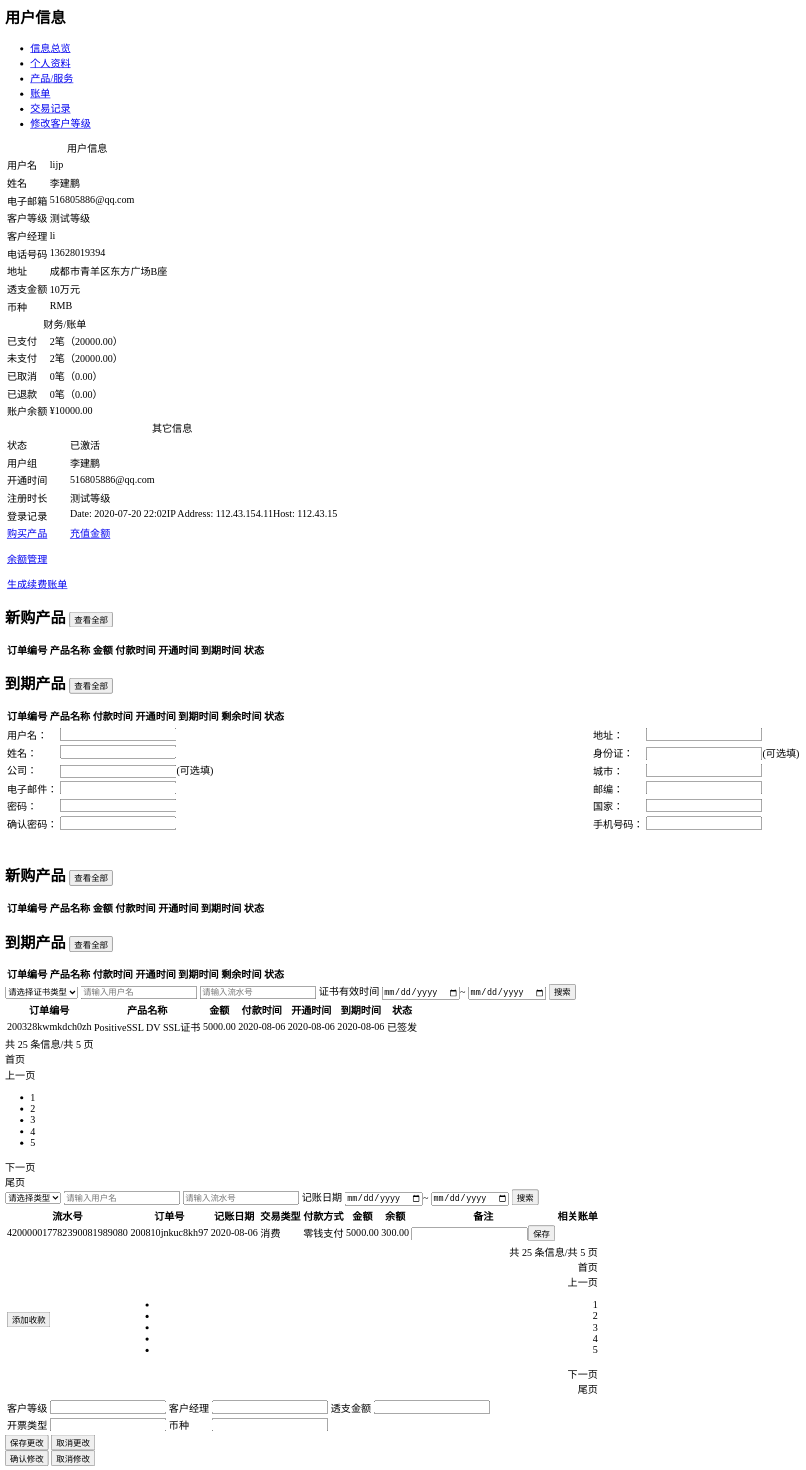
Repository: wangyan466393/racentSystem
Page: customerData.html
These files come from the project's save history. The page is drawn as it stood at one moment and after the next save; the edit follows.
The browser window is 1280 px wide. The pictures show the whole page, at 63% of full size.

Above is the page before, as saved 2020-08-13 18:30:01.

### customerData.html
<div id="content_box" class="customer_info">
    <h2>用户信息</h2>
    <ul id="tab">
        <li class="active"><a href="#">信息总览</a></li>
        <li><a href="#">个人资料</a></li>
        <li><a href="#">产品/服务</a></li>
        <li><a href="#">账单</a></li>
        <li><a href="#">交易记录</a></li>
        <li><a href="#">修改客户等级</a></li>
    </ul>
    <div id="content">
        <!-- 信息总览 -->
        <div id="order_all" class="order_content">
            <div class="user_info clearfloat">
                <div>
                    <table class="cus_info">
                        <caption>用户信息</caption>
                        <tbody>
                            <tr>
                                <td>用户名</td>
                                <td>lijp</td>
                            </tr>
                            <tr>
                                <td>姓名</td>
                                <td>李建鹏</td>
                            </tr>
                            <tr>
                                <td>电子邮箱</td>
                                <td>516805886@qq.com</td>
                            </tr>
                            <tr>
                                <td>客户等级</td>
                                <td>测试等级</td>
                            </tr>
                            <tr>
                                <td>客户经理</td>
                                <td>li</td>
                            </tr>
                            <tr>
                                <td>电话号码</td>
                                <td>13628019394</td>
                            </tr>
                            <tr>
                                <td>地址</td>
                                <td>成都市青羊区东方广场B座</td>
                            </tr>
                            <tr>
                                <td>透支金额</td>
                                <td>10万元</td>
                            </tr>
                            <tr>
                                <td>币种</td>
                                <td>RMB</td>
                            </tr>
                        </tbody>
                    </table>
                </div>
                <div>
                    <table class="bill_info">
                        <caption>财务/账单</caption>
                        <tbody>
                            <tr>
                                <td>已支付</td>
                                <td>2笔（20000.00）</td>
                            </tr>
                            <tr>
                                <td>未支付</td>
                                <td>2笔（20000.00）</td>
                            </tr>
                            <tr>
                                <td>已取消</td>
                                <td>0笔（0.00）</td>
                            </tr>
                            <tr>
                                <td>已退款</td>
                                <td>0笔（0.00）</td>
                            </tr>
                            <tr>
                                <td>账户余额</td>
                                <td>¥10000.00</td>
                            </tr>
                        </tbody>
                    </table>
                </div>
                <div>
                    <table class="other_info">
                        <caption>其它信息</caption>
                        <tbody>
                            <tr>
                                <td>状态</td>
                                <td>已激活</td>
                            </tr>
                            <tr>
                                <td>用户组</td>
                                <td>李建鹏</td>
                            </tr>
                            <tr>
                                <td>开通时间</td>
                                <td>516805886@qq.com</td>
                            </tr>
                            <tr>
                                <td>注册时长</td>
                                <td>测试等级</td>
                            </tr>
                            <tr>
                                <td rowspan="2" >登录记录</td>
                                <td rowspan="2" valign="top">
                                    <span> Date: 2020-07-20 22:02IP Address: 112.43.154.11Host: 112.43.15</span>
                                </td>
                            </tr>
                            <tr></tr>
                            <tr>
                                <td rowspan="3" valign="top">
                                    <p class="shopp">
                                        <a href="#">购买产品</a>
                                    </p>
                                    <p class="remaining">
                                        <a href="#">余额管理</a>
                                    </p>
                                    <p class="renew">
                                        <a href="#">生成续费账单</a>
                                    </p>
                                </td>
                                <td rowspan="3" valign="top">
                                    <p class="pay">
                                        <a href="#">充值金额</a>
                                    </p>
                                </td>
                            </tr>
                        </tbody>
                    </table>
                </div>
            </div>
            <div class="product_serve new_product">
                <h2>新购产品
                    <button type="button">查看全部</button>
                </h2>
                <div class="product_box">
                    <table id="newproduct_dataLists">
                        <thead>
                            <tr>
                                <th>订单编号</th>
                                <th>产品名称</th>
                                <th>金额</th>
                                <th>付款时间</th>
                                <th>开通时间</th>
                                <th>到期时间</th>
                                <th>状态</th>
                            </tr>
                        </thead>
                        <tbody>

                        </tbody>
                    </table>
                </div>
            </div>
            <div class="product_serve due_product">
                <h2>到期产品
                    <button type="button">查看全部</button>
                </h2>
                <div class="product_box">
                    <table id="dueproduct_dataLists">
                        <thead>
                            <tr>
                                <th>订单编号</th>
                                <th>产品名称</th>
                                <th>付款时间</th>
                                <th>开通时间</th>
                                <th>到期时间</th>
                                <th>剩余时间</th>
                                <th>状态</th>
                            </tr>
                        </thead>
                        <tbody>

                        </tbody>
                    </table>
                </div>
            </div>
        </div>
        <!-- 个人资料 -->
        <div class="order_content personal_box">
            <div style="display: flex;justify-content: space-between;padding-bottom: 30px;">
                <div class="personal_data">
                    <table>
                        <tr>
                            <td>用户名：</td>
                            <td><input type="text"></td>
                        </tr>
                        <tr>
                            <td>姓名：</td>
                            <td><input type="text"></td>
                        </tr>
                        <tr>
                            <td>公司：</td>
                            <td><input type="text">(可选填)</td>
                        </tr>
                        <tr>
                            <td>电子邮件：</td>
                            <td><input type="text"></td>
                        </tr>
                        <tr>
                            <td>密码：</td>
                            <td><input type="text"></td>
                        </tr>
                        <tr>
                            <td>确认密码：</td>
                            <td><input type="text"></td>
                        </tr>
                    </table>
                </div>
                <div class="personal_data">
                    <table>
                        <tr>
                            <td>地址：</td>
                            <td><input type="text"></td>
                        </tr>
                        <tr>
                            <td>身份证：</td>
                            <td><input type="text">(可选填)</td>
                        </tr>
                        <tr>
                            <td>城市：</td>
                            <td><input type="text"></td>
                        </tr>
                        <tr>
                            <td>邮编：</td>
                            <td><input type="text"></td>
                        </tr>
                        <tr>
                            <td>国家：</td>
                            <td><input type="text"></td>
                        </tr>
                        <tr>
                            <td>手机号码：</td>
                            <td><input type="text"></td>
                        </tr>
                    </table>
                </div>
            </div>

        </div>
        <!-- 产品服务 -->
        <div class="order_content">
            <div class="product_serve new_product">
                <h2>新购产品
                    <button type="button">查看全部</button>
                </h2>
                <div class="product_box">
                    <table id="newproduct_dataLists">
                        <thead>
                            <tr>
                                <th>订单编号</th>
                                <th>产品名称</th>
                                <th>金额</th>
                                <th>付款时间</th>
                                <th>开通时间</th>
                                <th>到期时间</th>
                                <th>状态</th>
                            </tr>
                        </thead>
                        <tbody>

                        </tbody>
                    </table>
                </div>
            </div>
            <div class="product_serve due_product">
                <h2>到期产品
                    <button type="button">查看全部</button>
                </h2>
                <div class="product_box">
                    <table id="dueproduct_dataLists">
                        <thead>
                            <tr>
                                <th>订单编号</th>
                                <th>产品名称</th>
                                <th>付款时间</th>
                                <th>开通时间</th>
                                <th>到期时间</th>
                                <th>剩余时间</th>
                                <th>状态</th>
                            </tr>
                        </thead>
                        <tbody>

                        </tbody>
                    </table>
                </div>
            </div>
        </div>
        <!-- 账单 -->
        <div class="order_content bill">
            <div>
                <div class="order_search">
                    <span>
                        <select name="" id="sel_val">
                            <option value="all">请选择证书类型</option>
                        </select>
                    </span>
                    <span>
                        <input type="text" placeholder="请输入用户名" >
                    </span>
                    <span>
                        <input type="text" placeholder="请输入流水号">
                    </span>
                    <span>
                        证书有效时间
                        <input type="date" value="付款日期"">~
                        <input type="date" value="付款日期"">
                </span>
                <span>
                    <button type=" button" id="order_search">搜索</button>
                    </span>
                </div>
                <div class="table_box bill_tabledata">
                    <table id="bill_data" class="table_datastyle">
                        <thead>
                            <tr>
                                <th>订单编号</th>
                                <th>产品名称</th>
                                <th>金额</th>
                                <th>付款时间</th>
                                <th>开通时间</th>
                                <th>到期时间</th>
                                <th>状态</th>
                            </tr>
                        </thead>
                        <tbody>
                            <tr>
                                <td>200328kwmkdch0zh</td>
                                <td>PositiveSSL DV SSL证书</td>
                                <td>5000.00</td>
                                <td>2020-08-06</td>
                                <td>2020-08-06</td>
                                <td>2020-08-06</td>
                                <td>已签发</td>
                            </tr>
                        </tbody>
                        <tfoot>

                        </tfoot>
                    </table>
                </div>
                <div class="page">

                </div>
            </div>
        </div>
        <!-- 交易记录 -->
        <div class="order_content ">
            <div class="order_search">
                <span>
                    <select name="" id="sel_val">
                        <option value="all">请选择类型</option>
                    </select>
                </span>
                <span>
                    <input type="text" placeholder="请输入用户名" >
                </span>
                <span>
                    <input type="text" placeholder="请输入流水号">
                </span>
                <span>
                    记账日期
                    <input type="date" value="付款日期"">~
                    <input type="date" value="付款日期"">
            </span>
            <span>
                <button type=" button" id="order_search">搜索</button>
                </span>
            </div>
            <div class="table_box">
                <table id="record_dataLists" class="table_datastyle">
                    <thead>
                        <tr>
                            <th>流水号</th>
                            <th>订单号</th>
                            <th>记账日期</th>
                            <th>交易类型</th>
                            <th>付款方式</th>
                            <th>金额</th>
                            <th>余额</th>
                            <th>备注</th>
                            <th>相关账单</th>
                        </tr>
                    </thead>
                    <tbody>
                        <tr>
                            <td>420000017782390081989080</td>
                            <td>200810jnkuc8kh97</td>
                            <td>2020-08-06</td>
                            <td>消费</td>
                            <td>零钱支付</td>
                            <td>5000.00</td>
                            <td>300.00</td>
                            <td>
                                <input type="text"><button>保存</button>
                            </td>
                            <td></td>
                        </tr>
                    </tbody>
                    <tfoot>
                        <tr class="checkall_btn">
                            <td align="left" >
                                <button type="button">添加收款</button>
                            </td>
                            <td colspan="8" align="right">
                                <div class="page">

                                </div>
                            </td>
                        </tr>
                    </tfoot>
                </table>

            </div>
        </div>
        <!-- 修改等级 -->
        <div class="order_content">
            <div class="level_content">
                <table>
                    <!-- <tr>
                        <td>
                            客户名
                        </td>
                        <td><input type="text" ></td>
                        <td>强制修改密码</td>
                        <td>
                            <label for="" id="virtual_key">
                                <input type="text" disabled id="input" maxlength="16">
                                <a href="#" id="icon_keyboard"></a>
                                <div id="main_keyboard"></div>
                            </label>
                        </td>
                        <td>客户邮箱</td>
                        <td><input type="text" ></td>
                    </tr> -->
                    <tr>
                        <td>客户等级</td>
                        <td><input type="text" ></td>
                        <td>客户经理</td>
                        <td><input type="text" ></td>
                        <td>透支金额</td>
                        <td><input type="text" ></td>
                    </tr>
                    <tr>
                        <td>开票类型</td>
                        <td><input type="text" ></td>
                        <td>币种</td>
                        <td><input type="text" ></td>
                    </tr>
                </table>
            </div>

        </div>
    </div>
</div>
<!-- 个人资料按钮 -->
<div class="personal_box_btn">
    <button type="button" class="personal_savebtn">保存更改</button>
    <button type="button" class="personal_canelbtn">取消更改</button>
</div>
<!-- 修改等级按钮 -->
<div class="level_box">
    <button type="button" class="edit_btn">确认修改</button>
    <button type="button" class="del_btn" style="margin-right: 0;">取消修改</button>
</div>


<script src="js/jquery-1.11.3.js"></script>
<!-- 软键盘插件 -->
<script src="js/index.js"></script>
<script src="js/page.js"></script>
<script>
    //软键盘
    // const keyboard = new aKeyboard.keyboard({
    //     el: '#main_keyboard',
    //     style: {},
    //     fixedBottomCenter: true
    // })
    // keyboard.inputOn('#input', 'value')
    // keyboard.onclick('Enter', function () {
    //     // alert('oh! 这是自定义事件！它覆盖了原始的回车事件。This is a custom event! It override the original enter event.');
    //     $("#main_keyboard").css("display", "none")
    //     console.log($("#input").val())
    //     $("#input").prop("disabled", "disabled")
    // })
    // $("#icon_keyboard").click(function (e) {
    //     e.preventDefault()
    //     $("#input").removeAttr("disabled").focus();
    //     $("#main_keyboard").css("display", "block")
    // })

    // 分页
    $.pageInit({
        container: '.page', //容器：默认page
        countPage: 5, //一共有多少页
        showPageCount: 5, //显示多少个分页按钮
        nowPage: 1, //当前是第几页
        count: 25, //数据总数
        callBack: function (data) {
            //当前的页码
            console.log("当前的页码为：" + data)
        }
    });
    //获取订阅管理-所有订单
    var jsonProduct = [
        { "name": "ljp", "order_num": "20200803xcnjj63cm", "product_name": "Sectigo EV代码签名", "past_date": "2天", "renewal_cycle": "1年", "product_status": "已签发" },   //json[0]
        { "name": "ljp1", "order_num": "20200803xcnjj63cm", "product_name": "Sectigo EV代码签名", "past_date": "7天", "renewal_cycle": "1年", "product_status": "已签发" },
        { "name": "ljp2", "order_num": "20200803xcnjj63cm", "product_name": "Sectigo EV代码签名", "past_date": "1个月", "renewal_cycle": "1年", "product_status": "已签发" },
        { "name": "ljp3", "order_num": "20200803xcnjj63cm", "product_name": "Sectigo EV代码签名", "past_date": "2个月", "renewal_cycle": "1年", "product_status": "已签发" },
        { "name": "ljp4", "order_num": "20200803xcnjj63cm", "product_name": "Sectigo EV代码签名", "past_date": "3天", "renewal_cycle": "1年", "product_status": "已签发" },
    ];
    getProductServe()
    function getProductServe() {
        var tableInfo = ""
        for (var i = 0; i < jsonProduct.length; i++) {    //遍历Table的所有Row
            tableInfo += "<tr>"
                //遍历Row中的每一列
                //获取Table中单元格的内容
                + " <td>" + jsonProduct[i].order_num + "</td> "
                + "<td>" + jsonProduct[i].product_name + "</td>"
                + "<td>5000.00</td>"
                + "<td>2020-08-03</td>"
                + "<td>2020-08-03</td>"
                + "<td>2020-08-03</td>"
                + "<td>" + jsonProduct[i].product_status + "</td>";

            tableInfo += "</tr>";
        }
        $(".right_content #newproduct_dataLists tbody").html(tableInfo)
    }
    //获取到期产品
    getDueproduct()
    function getDueproduct() {
        var tableInfo = ""
        for (var i = 0; i < jsonProduct.length; i++) {    //遍历Table的所有Row
            tableInfo += "<tr>"
                //遍历Row中的每一列
                //获取Table中单元格的内容
                + " <td>" + jsonProduct[i].order_num + "</td> "
                + "<td>" + jsonProduct[i].product_name + "</td>"
                + "<td>2020-08-03 </td>"
                + "<td>2020-08-03 </td>"
                + "<td>2020-08-03</td>"
                + "<td style='color:#ec6c32'>" + jsonProduct[i].past_date + "</td>"
                + "<td>" + jsonProduct[i].product_status + "</td>";

            tableInfo += "</tr>";
        }
        $(".right_content #dueproduct_dataLists tbody").html(tableInfo)

    }
    // 获取交易记录
    getRecord()
    function getRecord() {
        var tableInfo = ""
        for (var i = 0; i < 15; i++) {    //遍历Table的所有Row
            tableInfo += "<tr>"
                //遍历Row中的每一列
                //获取Table中单元格的内容
                + " <td>420000017782390081989080</td> "
                + " <td>200810jnkuc8kh97</td> "
                + "<td>2020-08-06</td>"
                + "<td>消费 </td>"
                + "<td>零钱支付 </td>"
                + "<td>6000.00</td>"
                + "<td>300.00</td>"
                + "<td> <input type='text'><button>保存</button></td><td></td>";

            tableInfo += "</tr>";
        }
        $(".right_content #record_dataLists tbody").append(tableInfo)
    }
    //获取账单
    getBillData()
    function getBillData() {
        var tableInfo = ""
        for (var i = 0; i < 15; i++) {    //遍历Table的所有Row
            tableInfo += `
            <tr>
                                <td>200328kwmkdch0zh</td>
                                <td>PositiveSSL DV SSL证书</td>
                                <td>5000.00</td>
                                <td>2020-08-06</td>
                                <td>2020-08-06</td>
                                <td>2020-08-06</td>
                                <td>已签发</td>
                            </tr>
            `;
        }
        $(".right_content #bill_data tbody").append(tableInfo)
    }
</script>

Loaded but not shown: js/jquery-1.11.3.js (library); js/index.js (library); js/page.js (152 lines, source omitted)

After the next save:
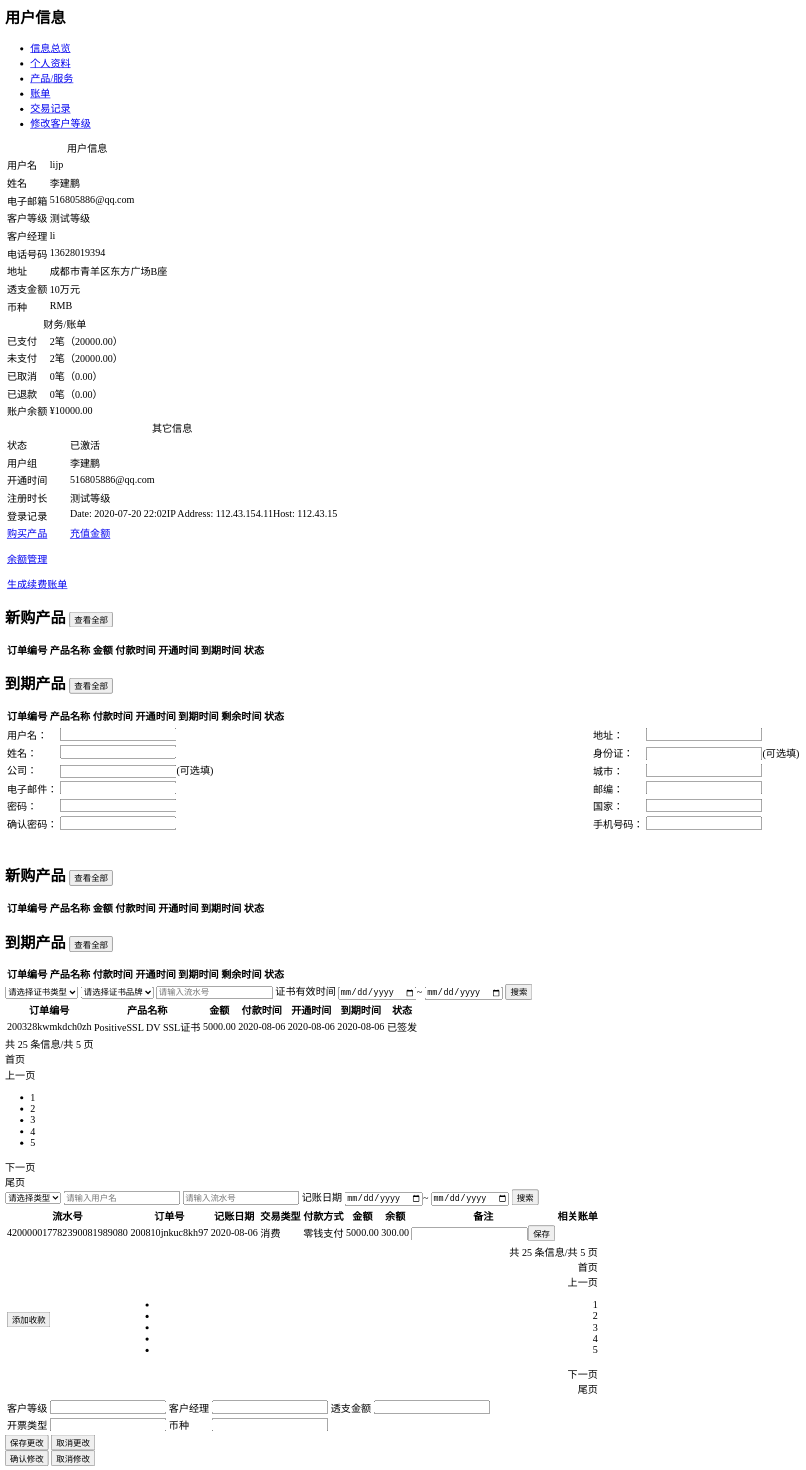
Saved 17 s later.
--- a/customerData.html
+++ b/customerData.html
@@ -299,7 +299,9 @@
                         </select>
                     </span>
                     <span>
-                        <input type="text" placeholder="请输入用户名" >
+                        <select name="" id="sel_val">
+                            <option value="all">请选择证书品牌</option>
+                        </select>
                     </span>
                     <span>
                         <input type="text" placeholder="请输入流水号">
